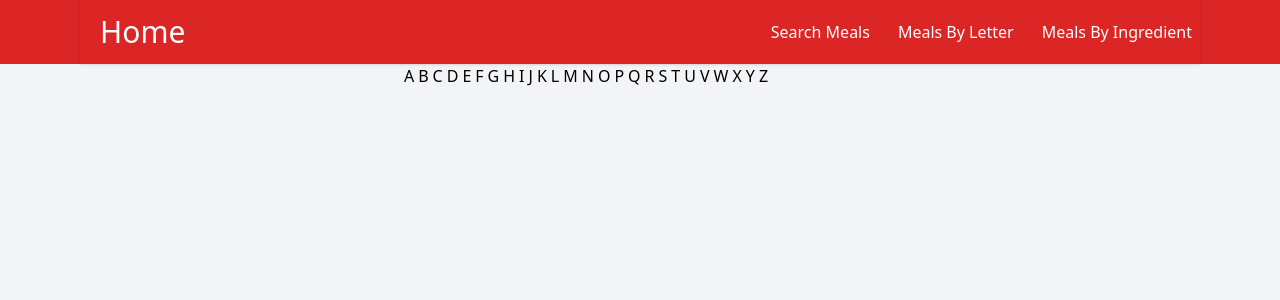
Repository: HalemX/meals
Page: /by-letter
The author's editor kept a copy of each file at every save. The page is drawn from the files as they stood at one save, then again after the next save.
The browser window is 1280 px wide. The pictures show the whole page.
The page's requests for data from a server got no answer. The project was rebuilt for these pictures with package versions that can differ from the ones it lists, and the page was loaded fresh each time. No one was signed in, and anything a server would have sent is missing. Also part of the build but not shown: vite.config.js, src/pages/home/Home.vue, src/components/layout/GuestLayout.vue, src/pages/meals/MealsByIngredient.vue, src/components/ui/BaseButtons.vue, src/pages/meals/MealsByName.vue, src/components/meals_components/MealDetails.vue.

Above is the page before, as saved 2024-02-11 15:42:01.

After the next save:
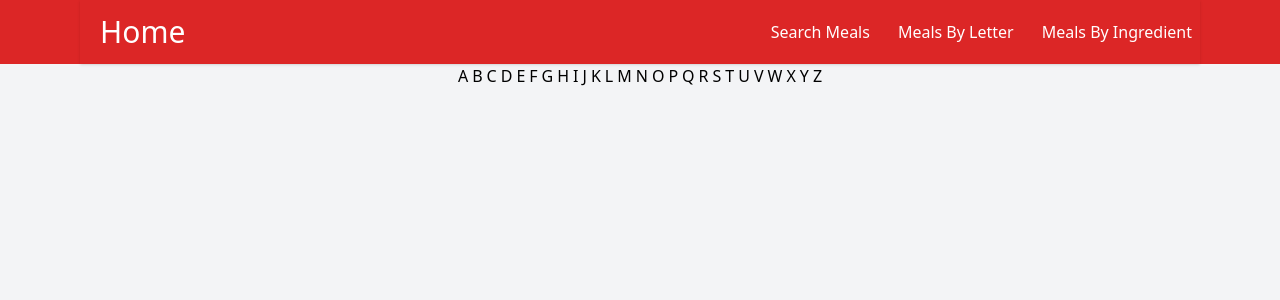
Saved 6 s later.
--- a/src/pages/meals/MealsByLetters.vue
+++ b/src/pages/meals/MealsByLetters.vue
@@ -8,8 +8,8 @@
       >
         {{ letter }}</router-link
       >
-      <meals-item :meals="mealsByLetter"></meals-item>
     </div>
+    <meals-item :meals="mealsByLetter"></meals-item>
   </div>
 </template>
 
